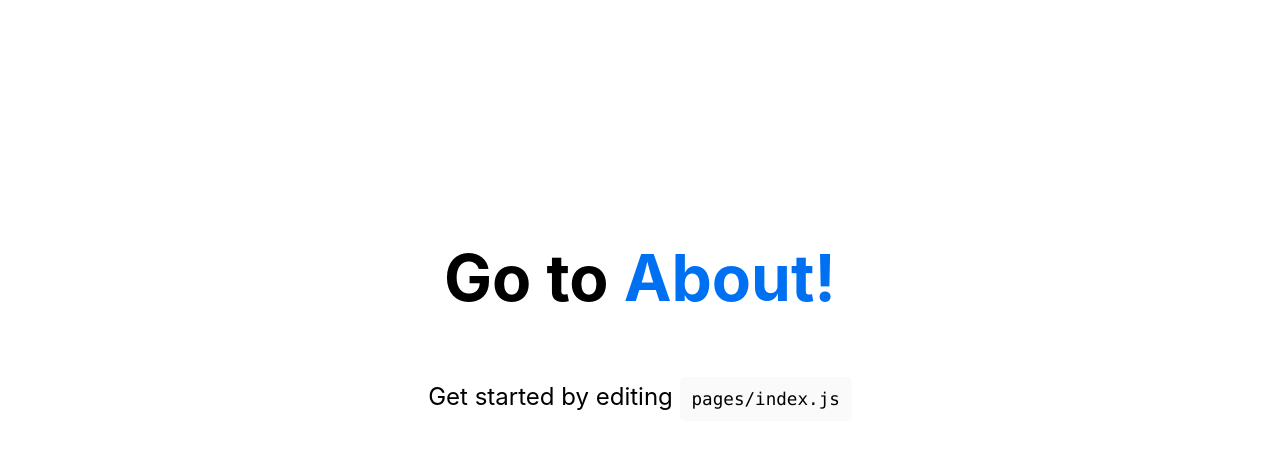
Repository: juagarc4/next-vercel-deploy
Page: /about
The author's editor kept a copy of each file at every save. The page is drawn from the files as they stood at one save, then again after a run of saves.
The browser window is 1280 px wide. The pictures show the whole page.
The project was rebuilt for these pictures with package versions that can differ from the ones it lists, and the page was loaded fresh each time. The framework's server and built-in components were replaced by stand-ins that run in the browser. Also part of the build but not shown: next.config.js.

Above is the page before, as saved 2022-04-28 15:05:28.

After the next 3 saves:
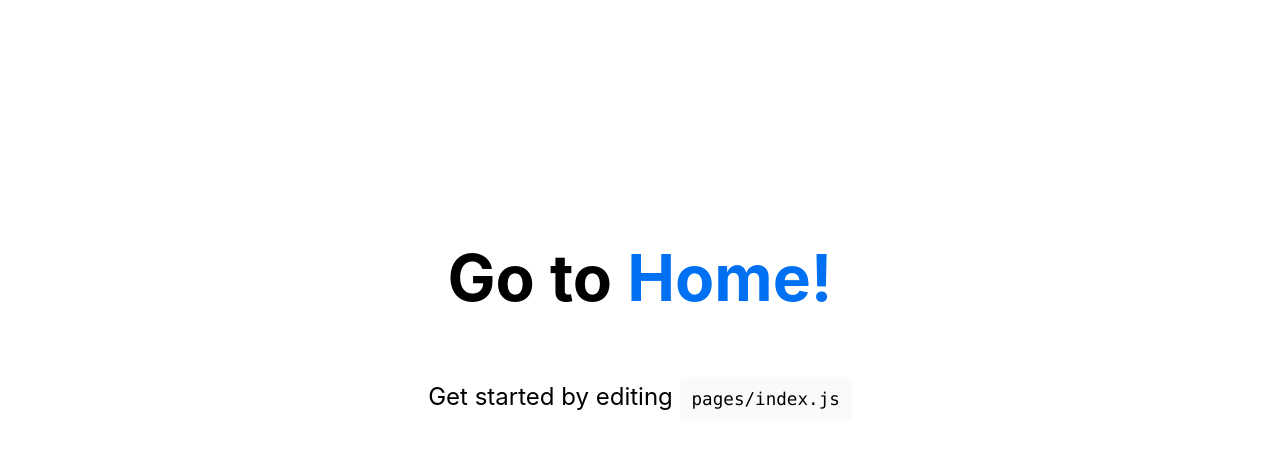
The 3 saves are shown as one change because they came seconds apart.
The last was saved 16 s later.
--- a/pages/about.jsx
+++ b/pages/about.jsx
@@ -12,7 +12,7 @@ export default function HomePage() {
 
       <main className={styles.main}>
         <h1 className={styles.title}>
-          Go to <a href='/about'>About!</a>
+          Go to <a href='/'>Home!</a>
         </h1>
 
         <p className={styles.description}>
